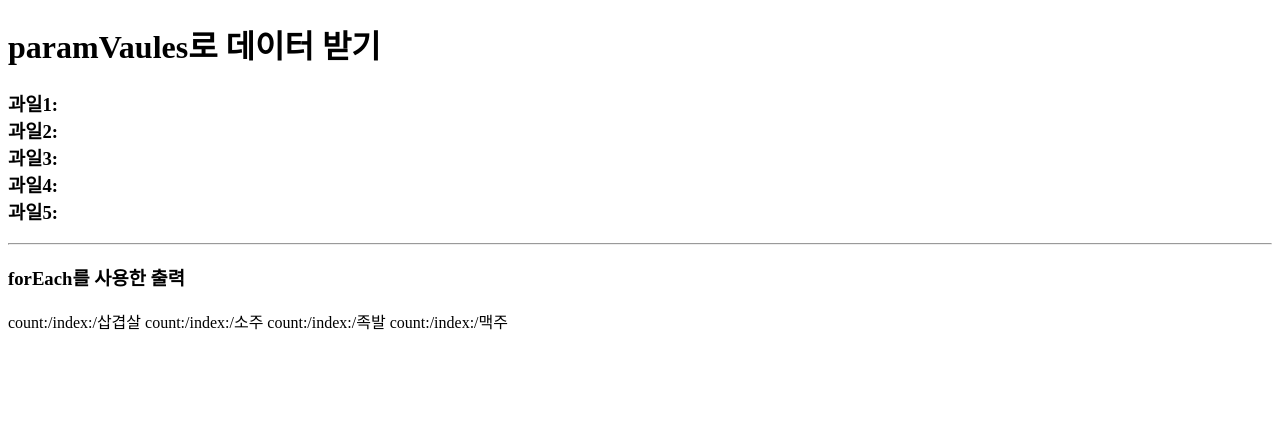
Repository: hwimi/2024-04-12
Page: http://localhost/jstl_study/step-5.jsp
The author's editor kept a copy of each file at every save. The page is drawn from the files as they stood at one save, then again after the next save.
The browser window is 1280 px wide. The pictures show the whole page.
The page is served by Tomcat 9. Other server files are loaded and not shown.

Above is the page before, as saved 2024-04-11 04:10:09.

### jstl_study/src/main/webapp/step-5.jsp
<%@ page language="java" contentType="text/html; charset=UTF-8"
    pageEncoding="UTF-8"%>
<%@ taglib uri="http://java.sun.com/jsp/jstl/core" prefix="c"%>
<!DOCTYPE html>
<html>
<head>
<meta charset="UTF-8">
<title>Insert title here</title>
</head>
<body>
    <h1>
        paramVaules로 데이터 받기
    </h1>
    <h3>
        과일1:${paramValues.food[0]}<br>
        과일2:${paramValues.food[1]}<br>
        과일3:${paramValues.food[2]}<br>
        과일4:${paramValues.food[3]}<br>
        과일5:${paramValues.food[4]}<br>
    </h3>
    <hr>

    <h3>
        forEach를 사용한 출력
    </h3>
    <!-- varStatus index(번지:0부터 시작) count(개수:1개부터 시작) -->
    <c:forEach items="${paramValues.food}" var="foods" varStatus="i">
        과일:${i.index}/${i.count}:${foods } <br>
    </c:forEach>


    <%
    String friends[]={"삽겹살","소주","족발","맥주"};
    /* java conroller 에서 jsp러 데이터를 보낼때 */
    request.setAttribute("fr", friends);
    %>

    <c:forEach items="${requestScope.fr}" var="fname" varStatus="">
    count:${i.count }/index:${i.index }/${fname }
    </c:forEach>
</body>
</html>

After the next save:
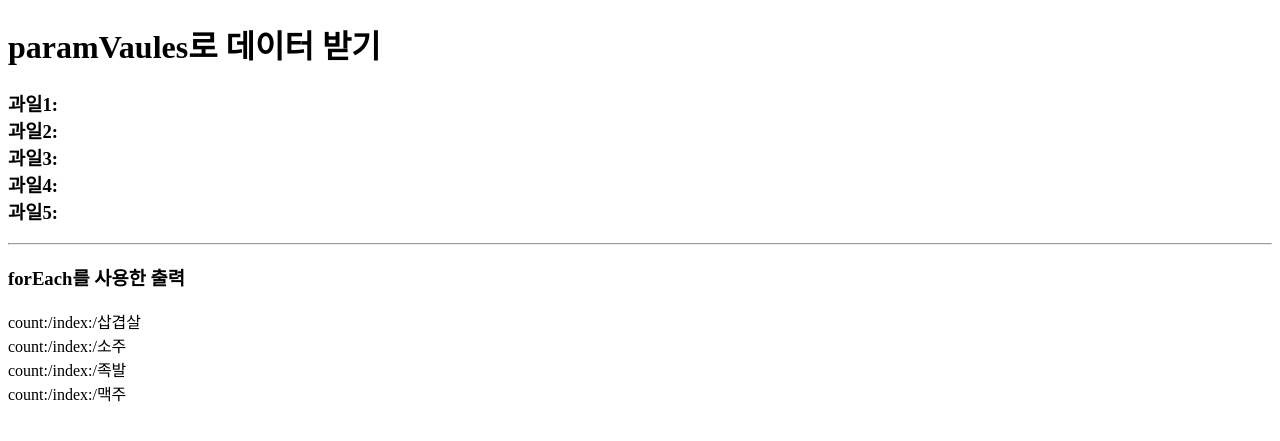
Saved 6 s later.
--- a/jstl_study/src/main/webapp/step-5.jsp
+++ b/jstl_study/src/main/webapp/step-5.jsp
@@ -36,7 +36,7 @@
     %>
 
     <c:forEach items="${requestScope.fr}" var="fname" varStatus="">
-    count:${i.count }/index:${i.index }/${fname }
+    count:${i.count }/index:${i.index }/${fname }<br>
     </c:forEach>
 </body>
 </html>
